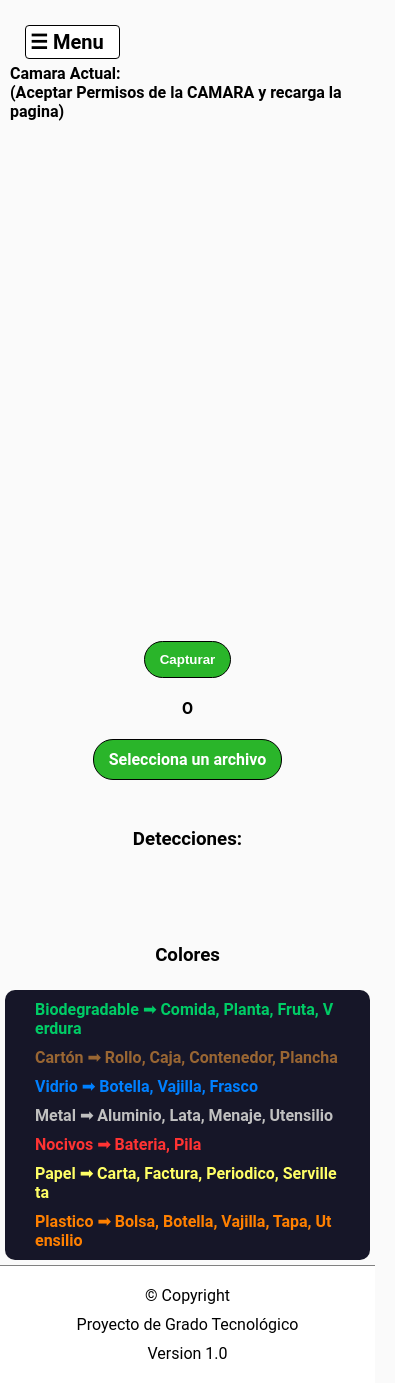
Repository: castecabas/Recicladora
Page: http://localhost/model
These files come from the project's save history. The page is drawn as it stood at one moment and after the next save; the edit follows.
The browser window is 375 px wide. The page is 375 px wide, then 395 px, so the pictures cover 395 px, including what lies to the right of the window. The pictures show the whole page.
Pictures or frames that could not be fetched are drawn as grey boxes. The page is served by the project's application, run on Flask 3 (src/index.py).

Above is the page before, as saved 2024-12-22 21:14:43.

After the next save:
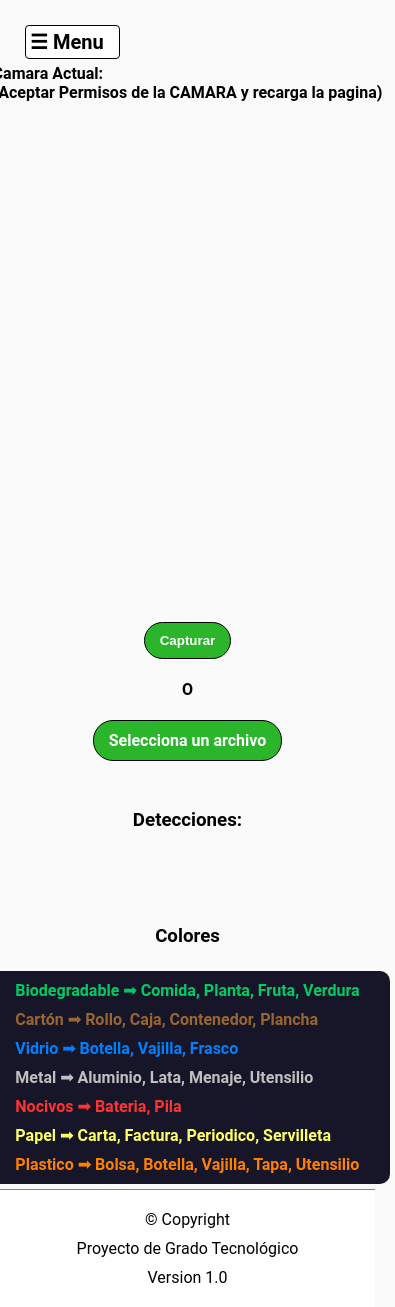
Saved 43 h 25 min later.
--- a/src/static/css/model.css
+++ b/src/static/css/model.css
@@ -86,6 +86,9 @@ main div #resultImage {
     main div #resultImage {
         border-radius: 0;
         box-shadow: none;
+    }
+    main div.colors ul{
+        width: 100vw;
     }
 }
 
